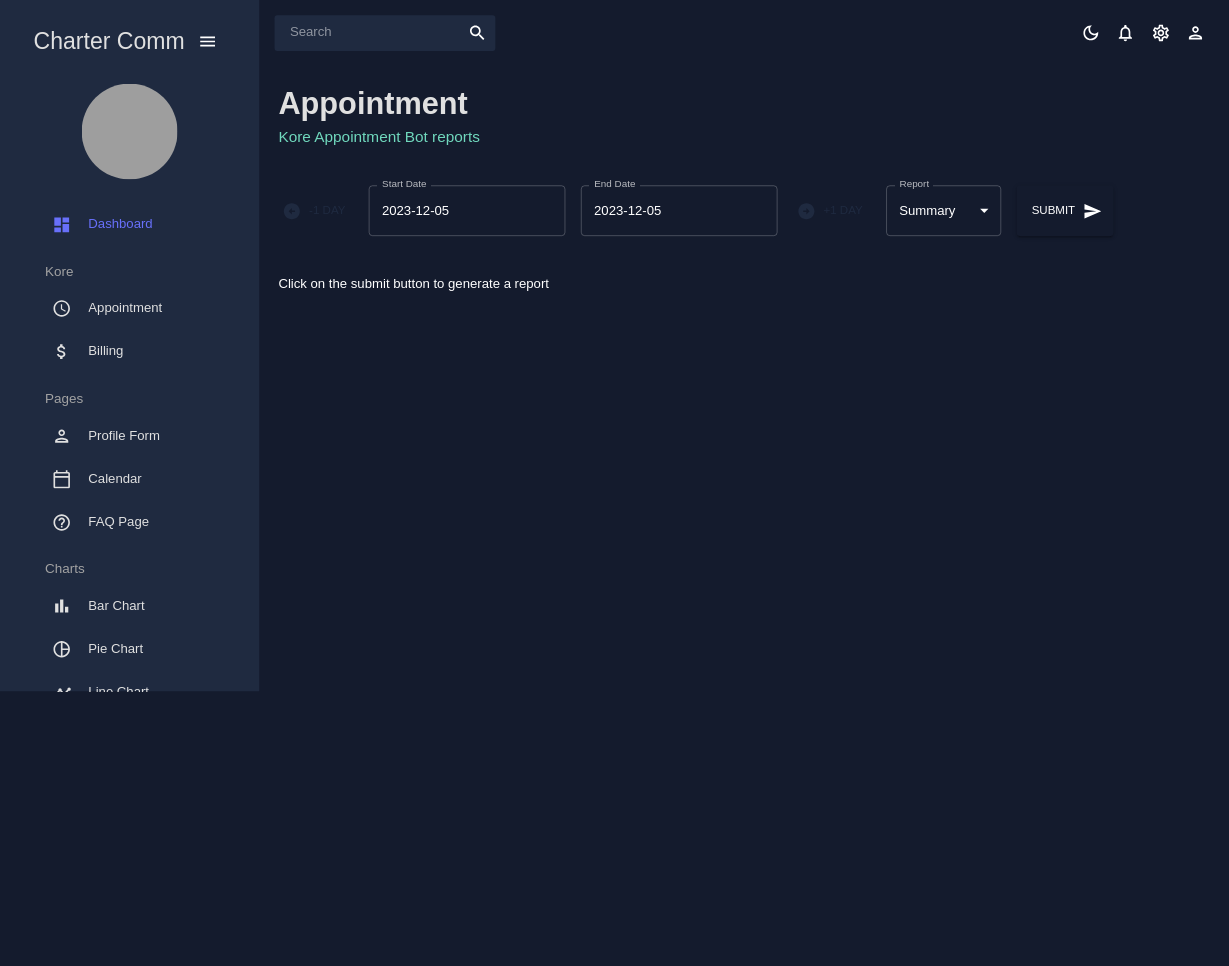
Repository: HenrryWith2Rs/reporthub
Page: /kore/appt (app in ui/)
The author's editor kept a copy of each file at every save. The page is drawn from the files as they stood at one save, then again after the next save.
The browser window is 1280 px wide. The pictures show the whole page, at 96% of full size.
Pictures or frames that could not be fetched are drawn as grey boxes. The project was rebuilt for these pictures with package versions that can differ from the ones it lists, and the page was loaded fresh each time. Also part of the build but not shown: ui/vite.config.ts, ui/src/data/mockData.ts, ui/src/components/LineChart.tsx, ui/src/data/mockGeoFeatures.ts, ui/src/components/GeographyChart.tsx, ui/src/data/dataParser.ts, ui/src/components/BarChart.tsx, ui/src/components/ProgressCircle.tsx and 8 more.

Above is the page before, as saved 2023-12-08 21:22:07.

After the next save:
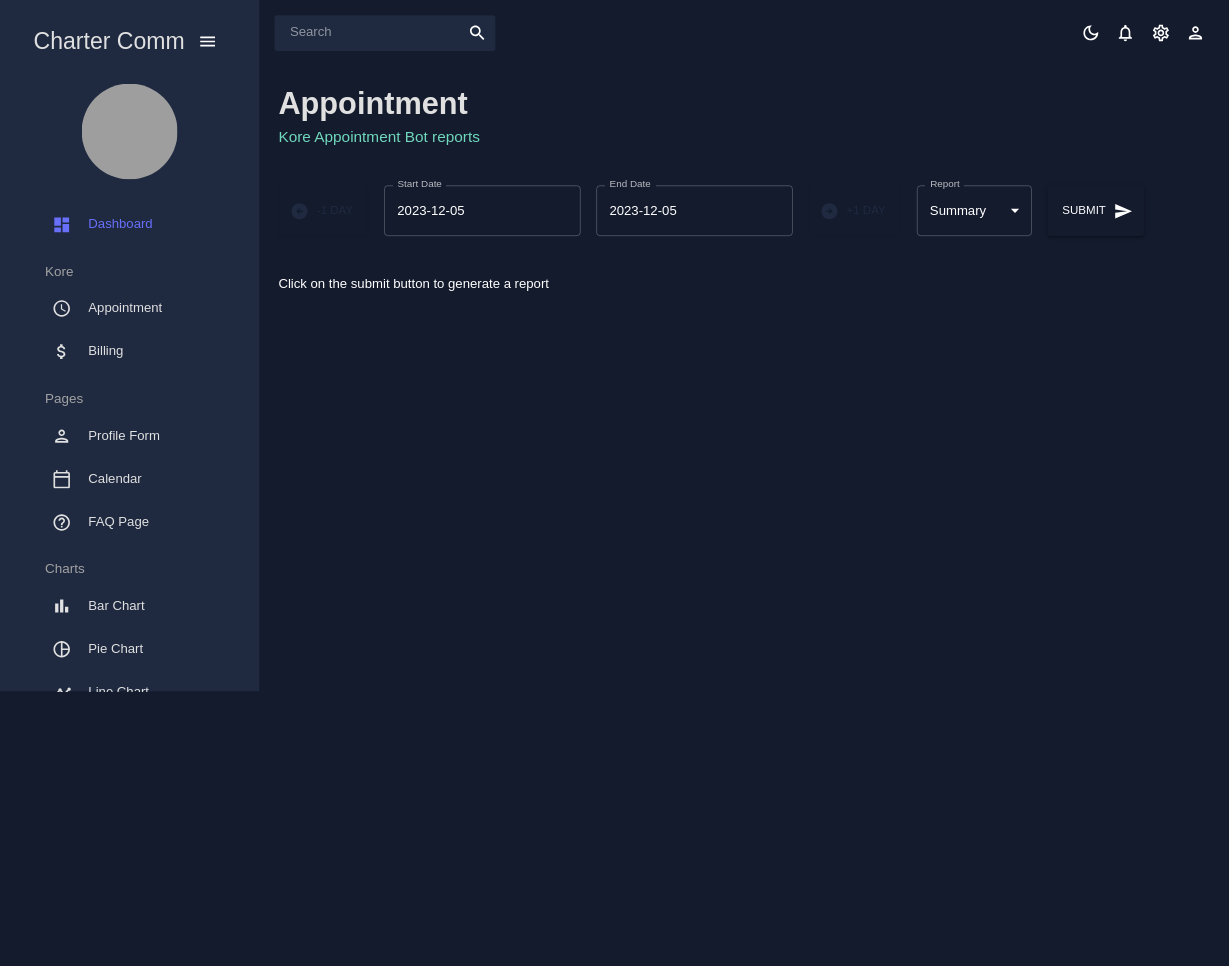
Saved 73 s later.
--- a/ui/src/scenes/appointment/index.tsx
+++ b/ui/src/scenes/appointment/index.tsx
@@ -81,6 +81,7 @@ const Appointment = () => {
       <Box m="40px 0 0 0" height="75vh">
         <Stack direction="row" spacing={2}>
           <Button
+            variant="outlined"
             sx={{ color: colors.primary[400] }}
             startIcon={<ArrowCircleLeftIcon />}
           >
@@ -99,6 +100,7 @@ const Appointment = () => {
             onChange={(newValue) => setDateEnd(newValue)}
           />
           <Button
+            variant="outlined"
             sx={{ color: colors.primary[400] }}
             startIcon={<ArrowCircleRightIcon />}
           >
